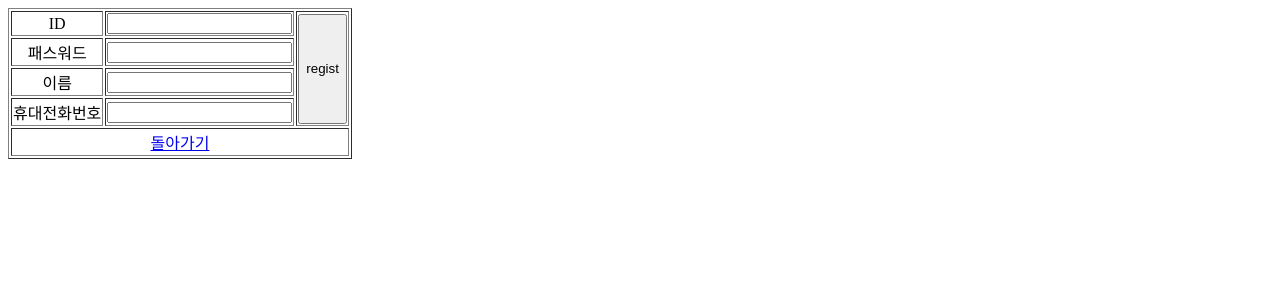
Repository: wake45/Web_Programming_Project
Page: Web_기말프로젝트_20145150_이상욱/Project/WebContent/regist.html
An editor plug-in stored every save of this project. The page is shown before and after the next save, followed by the edit.
The browser window is 1280 px wide. The pictures show the whole page.

Above is the page before, as saved 2018-06-15 04:09:02.

### Web_기말프로젝트_20145150_이상욱/Project/WebContent/regist.html
<!DOCTYPE html>
<html>
<head>
<meta charset="EUC-KR">
<title>회원가입</title>
</head>
<body>
<form method=post action=login.jsp>
	<table border=collapse>
		<tr>
			<td align="center">ID
			<td> <input type=text name=id>
			<td rowspan="4" align="center"><input type=submit value=regist style="height: 110px;"></td>
		<tr>
			<td align="center">패스워드
			<td><input type=password name=password>
		<tr>
			<td align="center">이름
			<td><input type=text name=name>
		<tr>
		 	<td align="center">휴대전화번호
			<td><input type=text name=number>
		<tr>
	<td colspan="4" align="center">
	<a href="login.html">돌아가기</a>
	</tr>
	</table>
</body>
</html>

After the next save:
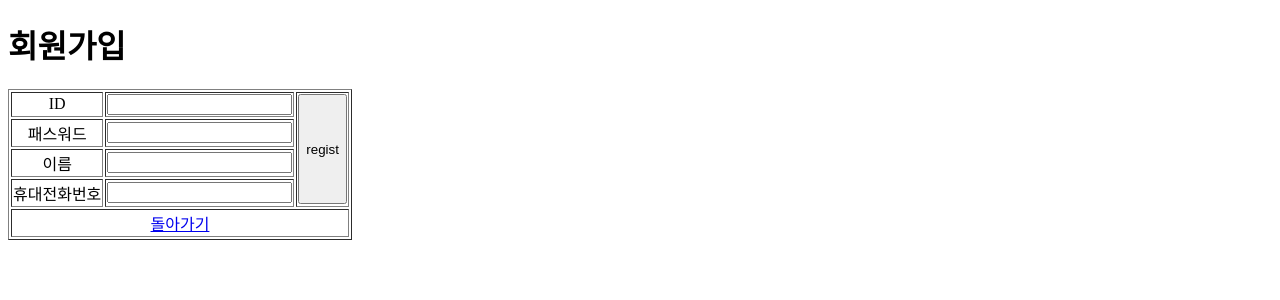
Saved 23 s later.
--- a/Web_기말프로젝트_20145150_이상욱/Project/WebContent/regist.html
+++ b/Web_기말프로젝트_20145150_이상욱/Project/WebContent/regist.html
@@ -5,6 +5,7 @@
 <title>회원가입</title>
 </head>
 <body>
+<h1>회원가입</h1>
 <form method=post action=login.jsp>
 	<table border=collapse>
 		<tr>
